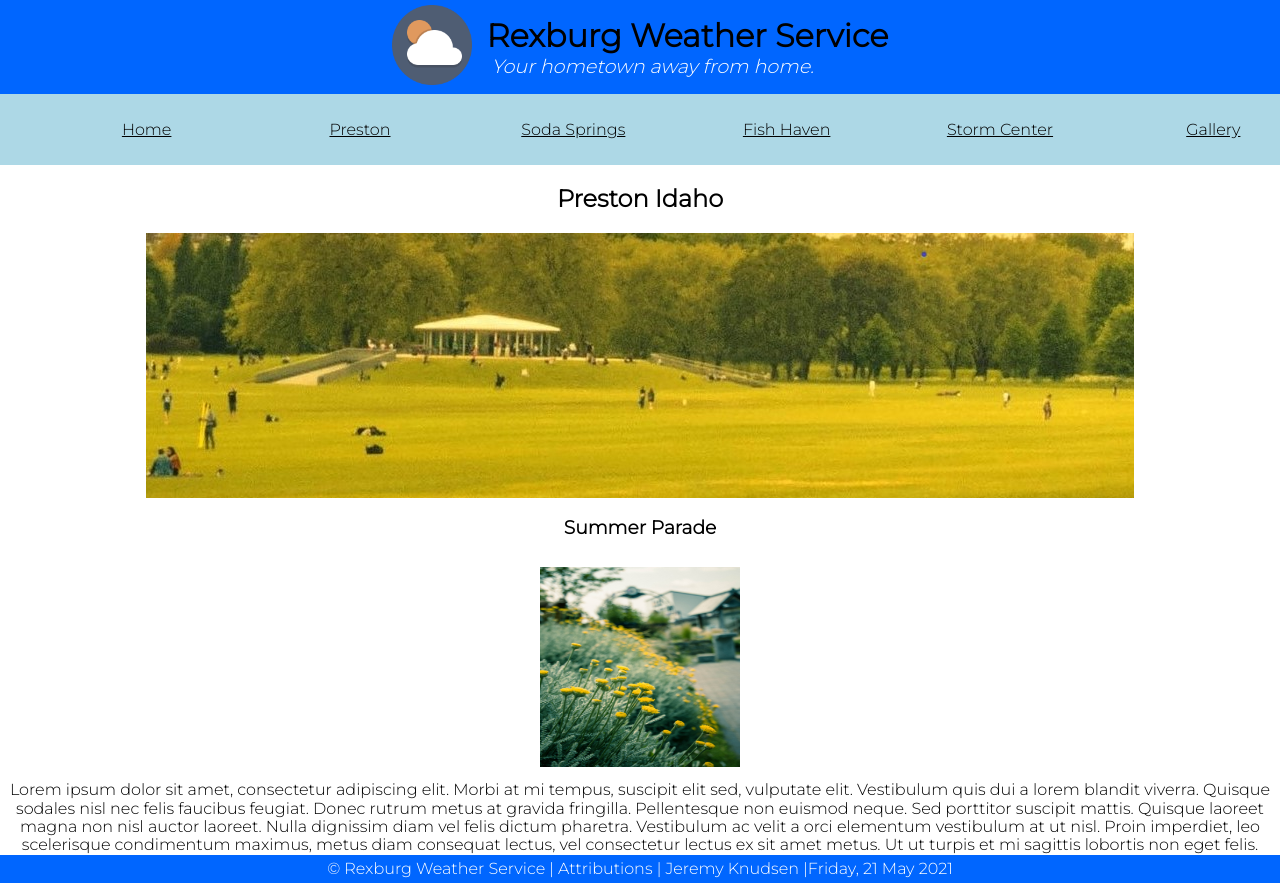
Repository: jknudsen97/jknudsen97.github.io
Page: lesson05/preston-5.html
The author's editor kept a copy of each file at every save. The page is drawn from the files as they stood at one save, then again after the next save.
The browser window is 1280 px wide. The pictures show the whole page.

Above is the page before, as saved 2021-05-22 00:36:53.

### lesson05/preston-5.html
<!DOCTYPE html>
<html lang="en">
<head>
    <meta charset="UTF-8">
    <meta http-equiv="X-UA-Compatible" content="IE=edge">
    <meta name="viewport" content="width=device-width, initial-scale=1.0">
    <title>Rexburg Weather Service</title>
    <meta name="description" content="This will be the main preston town page"/>
    <link rel="preconnect" href="https://fonts.gstatic.com">
    <link href="https://fonts.googleapis.com/css2?family=Montserrat:wght@100;300&display=swap" rel="stylesheet">
    <link rel="preconnect" href="https://fonts.gstatic.com">
    <link href="https://fonts.googleapis.com/css2?family=Nunito:wght@300&display=swap" rel="stylesheet">
    <script defer src="js/script.js"></script>
    <link rel="stylesheet" href="https://cdnjs.cloudflare.com/ajax/libs/normalize/8.0.1/normalize.min.css">
    <link rel="stylesheet" href="css/main.css"/>
    <link rel="stylesheet" href="css/medium.css"/>
    <link rel="stylesheet" href="css/large.css"/>
</head>
<body>
    <header>
        <picture>
            <img src="images/logo.png" alt="Preston logo">
        </picture>
        <section class="headings">
            <h1>Rexburg Weather Service</h1>
            <div class="motto">Your hometown away from home.</div>
        </section>
    </header>

    <div class="nav">
        <div class="hamburger">
            <span class="bar"></span>
            <span class="bar"></span>
            <span class="bar"></span>
        </div>
        <ul class="menu">
            <li><a href="#home" class="link">Home</a></li>
            <li><a href="#preston" class="link">Preston</a></li>
            <li><a href="#sodaSprings" class="link">Soda Springs</a></li>
            <li><a href="#fishHaven" class="link">Fish Haven</a></li>
            <li><a href="#stormCenter" class="link">Storm Center</a></li>
            <li><a href="#gallery" class="link">Gallery</a></li>
        </ul>
    </div>
    <main>
        <div>
            <h2>Preston Idaho</h2>
                <img class="stock1" src="images/stock1.jpg" alt="Stock Photo 1">
                <h3>Summer Parade</h3>
                <img class="stock2" src="images/stock2.jpg" alt="Stock Photo 2">
            <section class="fillerText">
                Lorem ipsum dolor sit amet, consectetur adipiscing elit.
                Morbi at mi tempus,
                suscipit elit sed,
                vulputate elit. Vestibulum quis dui a lorem blandit viverra.
                Quisque sodales nisl nec felis faucibus feugiat.
                Donec rutrum metus at gravida fringilla.
                Pellentesque non euismod neque.
                Sed porttitor suscipit mattis.
                Quisque laoreet magna non nisl auctor laoreet.
                Nulla dignissim diam vel felis dictum pharetra.
                Vestibulum ac velit a orci elementum vestibulum at ut nisl.
                Proin imperdiet, leo scelerisque condimentum maximus,
                metus diam consequat lectus,
                vel consectetur lectus ex sit amet metus.
                Ut ut turpis et mi sagittis lobortis non eget felis.
            </section>
        </div>
    </main>
    <footer>
        <div>&copy; Rexburg Weather Service | Attributions | Jeremy Knudsen |</div>
        <div>
            <span id="currentDayofWeek"></span>,
            <span id="currentDay"></span> <span id="currentMonth"></span>
            <span id="currentYear"></span>
        </div>
    </footer>
</body>
</html>

### lesson05/css/main.css
header {
    background-color: #0066ff;
    padding: 5px;
    display: flex;
    align-items: center;
    justify-content: center;
}

header img{
    width: 50px;
    height: auto;
}

body{
    font-family: 'Montserrat', sans-serif;
}

main{
    text-align: center;
}

p{
    justify-content: center;
    background-color: beige;
    padding: 25px;
    margin: 20px;
}

.headings {
    display: flex;
    flex-direction: column;
}

.headings h1{
    font-size: 1em;
    margin: 0 0 0 15px;
}

.motto{
    font-style: italic;
    color: white;
    margin-left: 20px;
    font-size: 1.2rem;
}

.nav{
    overflow: hidden;
    background-color: lightblue;
    position: relative;
}

.menu{
    overflow: hidden;
    display: none;
}

.menu li{
    list-style: none;
    text-decoration: none;
    flex: 1;
    text-align: center;
    justify-content: center;
    box-sizing: border-box;
    line-height: 1.5rem;
}

.menu a{
    color: black;
    justify-content: space-between;
    text-align: center;
    list-style-type: none;
    flex-direction: row;
    align-items: center;
    display: block;
}

.menu.active{
    display: block;
    padding-inline-start: 0px;
}

a.link{
    padding: 7.5px;
}

.nav a.icon{
    background: black;
    display: block;
    position: absolute;
    right: 0;
    top: 0;
}

.hamburger{
    display: none;
}

.bar{
    display: block;
    width: 25px;
    height: 3px;
    margin: 5px auto;
    -webkit-transition: all 0.3s ease-in-out;
    transition: all 0.3s ease-in-out;
    background-color: black;
}

footer {
    margin: 10 px;
    color: white;
    background-color: #0066ff;
    padding: 5px;
    display: flex;
    align-items: center;
    justify-content: center;
    flex-direction: column;
}

.hamburger{
    display: block;
    cursor: pointer;
}

.hamburger.active .bar:nth-child(2) {
    opacity: 0;
}

.hamburger.active .bar:nth-child(1) {
    transform: translateY(8px) rotate(45deg);
}

.hamburger.active .bar:nth-child(3) {
    transform: translateY(-8px) rotate(-45deg);
}

.headings h1{
    font-size: 3rem;
}

.header img{
    width: 120px;
    height: auto;
}

/*Lesson05*/

.stock1{
    display: block;
    align-items: center;
    margin-left: auto;
    margin-right: auto;
    max-width: 95%;
    height: auto;
}

.stock2{
    margin: 10px;
    float: initial;
    align-items: center;
    width: 200px;
    height: 200px;
}

.fillertext{
    padding: 10px;
    margin: 10px;
    text-align: justify;
}

### lesson05/css/medium.css
@media only screen and (min-width: 32.5em){
    .menu{
        display: flex;
    }

    header img{
        width: 80px;
        height: auto;
    }

    .headings h1{
        font-size: 2rem;
    }

    .hamburger{
        display: none;
    }

    footer{
        flex-direction: row;
    }

    /*Lesson05*/

    .stock1{
        height: 10%;
    }
}

### lesson05/css/large.css
@media only screen and (min-width: 60em){
    .menu{
        display: flex;
        top: 5rem;
        border-radius: 10px;
        justify-content: space-between;
        width: 100%;
        transition: 0.3s;
    }
}

### lesson05/js/script.js
const hamburger = document.querySelector(".hamburger");
const menu = document.querySelector(".menu");
hamburger.addEventListener("click", mobileMenu);

function mobileMenu() {
    hamburger.classList.toggle("active");
    menu.classList.toggle("active");
}

const link = document.querySelectorAll(".link");
link.forEach(n => n.addEventListener("click", closeMenu));

function closeMenu(){
    hamburger.classList.remove("active");
    menu.classList.remove("active");
}

var d = new Date();
var weekday = new Array(7);
weekday[0] = "Sunday";
weekday[1] = "Monday";
weekday[2] = "Tuesday";
weekday[3] = "Wednesday";
weekday[4] = "Thursday";
weekday[5] = "Friday";
weekday[6] = "Saturday";

var n = weekday[d.getDay()];
document.querySelector("#currentDayofWeek").innerHTML = n;

var n = d.getDate();
document.querySelector("#currentDay").innerHTML = n;

var month = new Array();
month[0] = "January";
month[1] = "February";
month[2] = "March";
month[3] = "April";
month[4] = "May";
month[5] = "June";
month[6] = "July";
month[7] = "August";
month[8] = "September";
month[9] = "October";
month[10] = "November";
month[11] = "December";

var n = month[d.getMonth()];
document.querySelector("#currentMonth").innerHTML = n;

var n = d.getFullYear();
document.querySelector("#currentYear").innerHTML = n;

After the next save:
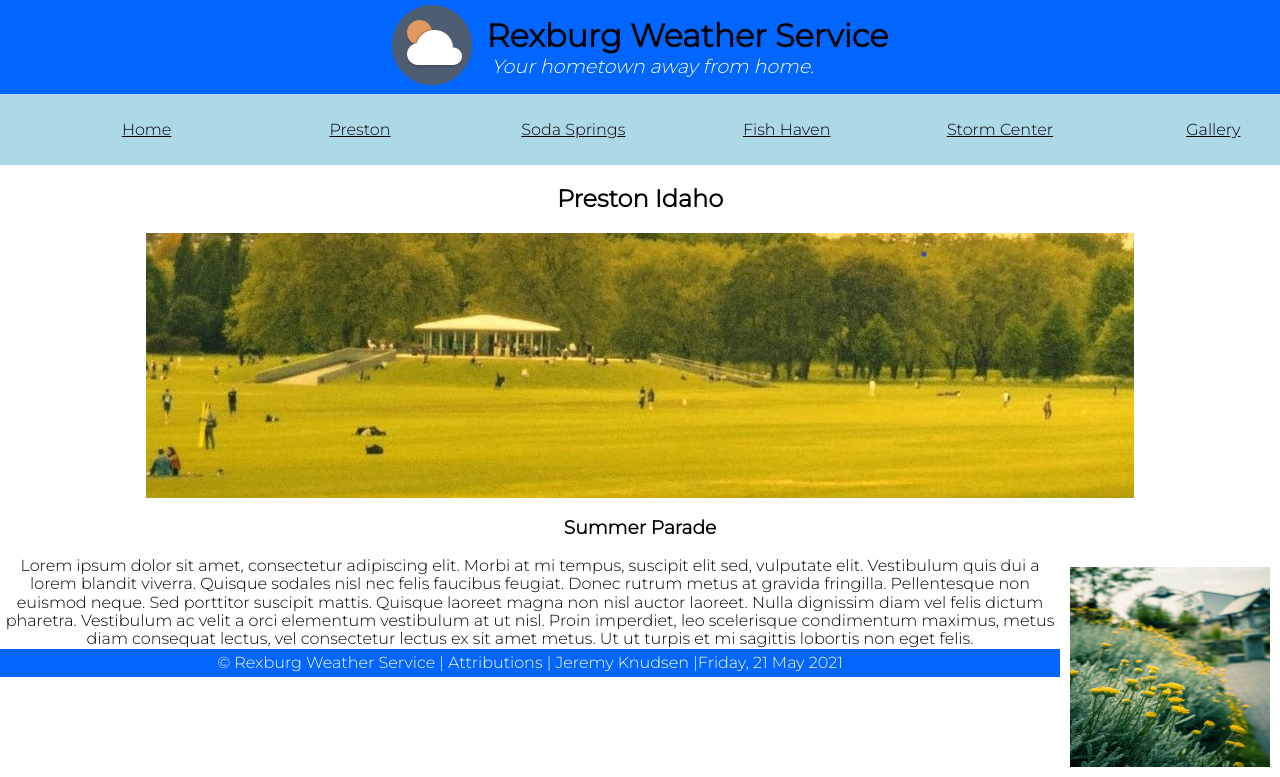
Saved 16 s later.
--- a/lesson05/css/main.css
+++ b/lesson05/css/main.css
@@ -155,7 +155,7 @@ footer {
 
 .stock2{
     margin: 10px;
-    float: initial;
+    float: right;
     align-items: center;
     width: 200px;
     height: 200px;
